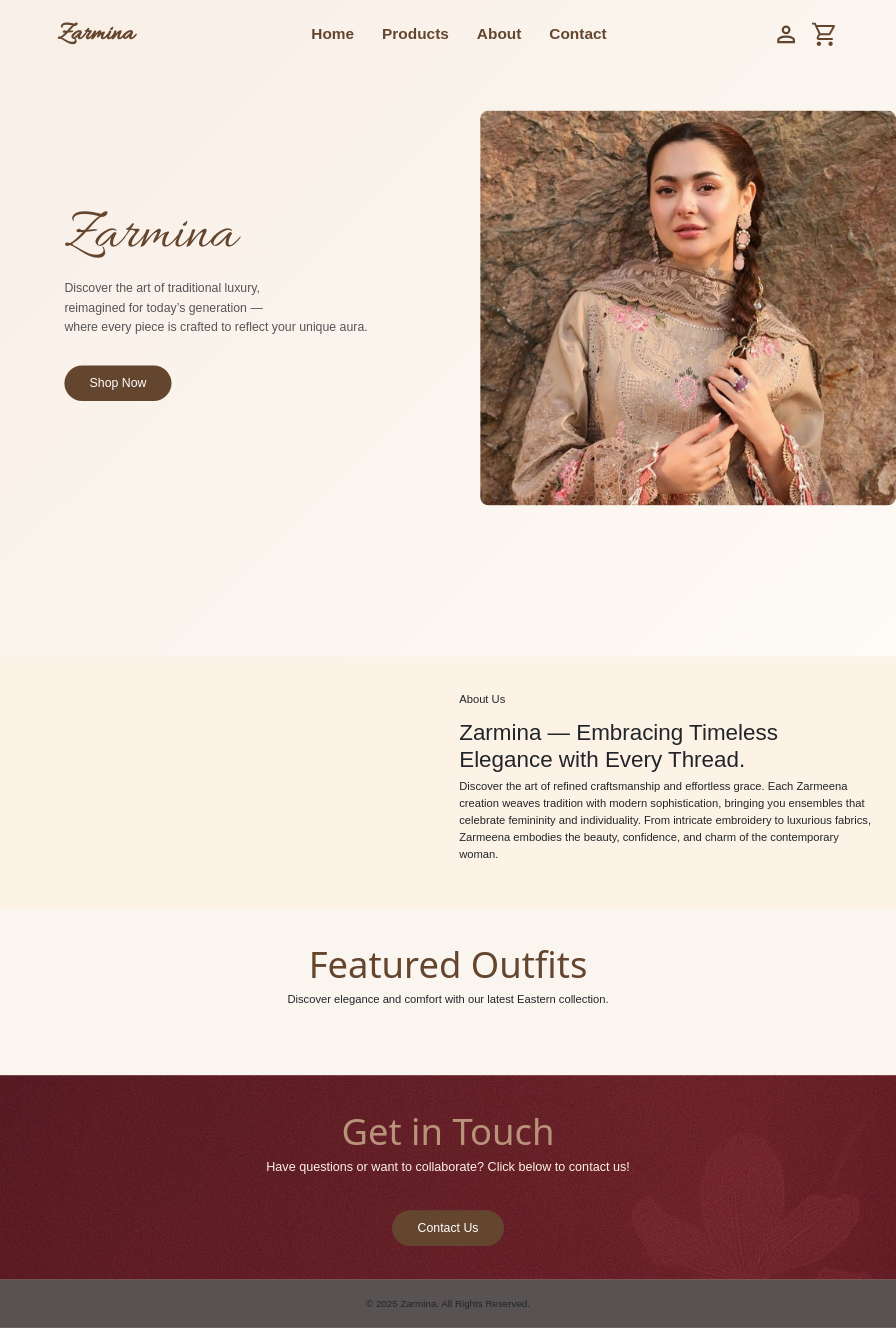
Repository: ayeshatehreem77/Clothing-store
Page: / (app in perfumes-app/)
An editor plug-in stored every save of this project. The page is shown before and after the next save, followed by the edit.
The browser window is 1280 px wide. The pictures show the whole page, at 70% of full size.
Pictures or frames that could not be fetched are drawn as grey boxes. The page's requests for data from a server got no answer. Some web fonts or font styles are not loaded; a fallback is used. The project was rebuilt for these pictures with package versions that can differ from the ones it lists, and the page was loaded fresh each time. No one was signed in, and anything a server would have sent is missing. Also part of the build but not shown: perfumes-app/src/components/Alert.js, perfumes-app/src/components/Reviews.js, perfumes-app/src/components/FeedbackForm.js.

Above is the page before, as saved 2025-10-31 20:10:19.

### perfumes-app/public/index.html
<!DOCTYPE html>
<html lang="en">

<head>
  <meta charset="utf-8" />
  <link rel="icon" href="%PUBLIC_URL%/favicon.ico" />
  <meta name="viewport" content="width=device-width, initial-scale=1" />
  <meta name="theme-color" content="#000000" />
  <meta name="description" content="Web site created using create-react-app" />
  <link rel="apple-touch-icon" href="%PUBLIC_URL%/logo192.png" />
  <!--
      manifest.json provides metadata used when your web app is installed on a
      user's mobile device or desktop. See https://developers.google.com/web/fundamentals/web-app-manifest/
    -->
  <link rel="manifest" href="%PUBLIC_URL%/manifest.json" />

  <title>Zarmina</title>

  <link rel="preconnect" href="https://fonts.googleapis.com">
  <link rel="preconnect" href="https://fonts.gstatic.com" crossorigin>
  <link
    href="https://fonts.googleapis.com/css2?family=Allura&family=Libertinus+Serif+Display&family=Lilita+One&display=swap"
    rel="stylesheet">

</head>

<body>
  <noscript>You need to enable JavaScript to run this app.</noscript>
  <div id="root"></div>
  <!--
      This HTML file is a template.
      If you open it directly in the browser, you will see an empty page.

      You can add webfonts, meta tags, or analytics to this file.
      The build step will place the bundled scripts into the <body> tag.

      To begin the development, run `npm start` or `yarn start`.
      To create a production bundle, use `npm run build` or `yarn build`.
    -->
</body>

</html>

### perfumes-app/src/index.js
import React from 'react';
import ReactDOM from 'react-dom/client';
import './index.css';
import 'bootstrap/dist/css/bootstrap.min.css';
import 'bootstrap/dist/js/bootstrap.bundle.min.js';
import App from './App';
import reportWebVitals from './reportWebVitals';
import { AuthProvider } from './context/AuthContext';

const root = ReactDOM.createRoot(document.getElementById('root'));
root.render(
  <React.StrictMode>
    <AuthProvider>
    <App />
    </AuthProvider>
  </React.StrictMode>
);

// If you want to start measuring performance in your app, pass a function
// to log results (for example: reportWebVitals(console.log))
// or send to an analytics endpoint. Learn more: https://bit.ly/CRA-vitals
reportWebVitals();

### perfumes-app/src/context/AuthContext.js
// src/context/AuthContext.js
import React, { createContext, useState, useEffect } from "react";
import axios from "axios";

export const AuthContext = createContext();

export const AuthProvider = ({ children }) => {
  const [user, setUser] = useState(null);

  // ✅ Fetch user details from backend using token
  const fetchUser = async () => {
    const token = localStorage.getItem("token");
    if (!token) return;

    try {
      const res = await axios.get("http://localhost:4000/auth/user", {
        headers: { Authorization: `Bearer ${token}` },
      });
      setUser(res.data); // { userId, email, role }
    } catch (err) {
      console.error("Failed to fetch user:", err);
      localStorage.removeItem("token");
      setUser(null);
    }
  };

  // ✅ Auto-fetch user on first render (if token exists)
  useEffect(() => {
    fetchUser();
  }, []);

  // ✅ Handle login
  const login = async (email, password) => {
    try {
      const res = await axios.post("http://localhost:4000/auth/login", {
        email,
        password,
      });

      // backend returns { authToken: "..." }
      const token = res.data.authToken;
      if (!token) throw new Error("No token returned");

      localStorage.setItem("token", token);
      await fetchUser(); // instantly update user

      return true; // success
    } catch (err) {
      console.error("Login error:", err.response?.data || err.message);
      throw err.response?.data?.message || "Login failed";
    }
  };

  // ✅ Handle logout
  const logout = () => {
    localStorage.removeItem("token");
    setUser(null);
  };

  return (
    <AuthContext.Provider value={{ user, login, logout, fetchUser }}>
      {children}
    </AuthContext.Provider>
  );
};

### perfumes-app/src/App.css
body {
  font-family: 'Poppins', sans-serif;
  background-color: #FBF5EF;
}

html {
  scroll-behavior: smooth;
}


.veloura-logo {
  font-family: "Allura", cursive;
  font-weight: 400;
  font-style: normal;
  font-size: 37px;
  color: #64462F !important;
}

.navbar {
  background: transparent !important;
}

button.navbar-toggler {
  border: none !important;
}

.navbar-toggler-icon {
  background-image: url("data:[embedded picture, 222 characters]");
}



.nav-link {
  color: #64462F !important;
  font-size: 22px;
  font-weight: 600;
}

.hero-section {
  background: linear-gradient(135deg, #f8efe6, #fefaf6);

  min-height: 100vh;
  display: flex;
  flex-direction: column;
  font-family: "Poppins", sans-serif;
}

/* =============== HERO LAYOUT =============== */
.hero-layout {
  display: flex;
  justify-content: center;
  align-items: flex-start;
  width: 100%;
  max-width: 1400px;
  height: 100vh;
  margin: 60px 0;

}

/* ---------- Left Section ---------- */
.hero-left {
  flex: 1 1;
  position: relative;
  margin: 133px 0px 0 92px;
}

.main-image {
  width: 100%;
  height: 564px;
  border-radius: 12px;
  overflow: hidden;
  /* ✅ ensures image stays inside box */
  position: relative;
  background-color: #93c5fd;
}

/* Make image fill box properly */
.main-image img {
  width: 100%;
  height: 100%;
  object-fit: cover;
  /* ✅ maintains aspect ratio without stretching */
  object-position: center;
  display: block;
}


.side-handle {
  position: absolute;
  left: -50px;
  bottom: 50%;
  transform: rotate(-90deg);
  font-size: 14px;
  color: #555;
  letter-spacing: 2px;
}

/* ---------- Right Section ---------- */
.hero-right {
  flex: 1;
  display: flex;
  flex-direction: column;
  justify-content: space-between;
  gap: 2rem;
}

/* Text Area */
.hero-text h2 {
  font-size: 1.6rem;
  color: #6c6c6c;
  margin-bottom: 5px;
  letter-spacing: 2px;
}

.hero-text h1 {
  font-family: "Allura", cursive;
  font-weight: 400;
  font-style: normal;
  font-size: 5.2rem;
  color: #64462F;
  line-height: 1.1;
}

.hero-text p {
  font-size: 1.1rem;
  color: #555;
  margin-top: 15px;
  line-height: 1.6;
}

.shop-btn {
  background-color: #64462F;
  color: white;
  border: none;
  padding: 12px 36px;
  border-radius: 40px;
  font-size: 1.1rem;
  margin-top: 25px;
  cursor: pointer;
  transition: background-color 0.3s ease;
}

.shop-btn:hover {
  background-color: #a3846d;
}

/* Small Image Grid */
.image-grid {
  display: grid;
  grid-template-columns: repeat(2, 1fr);
  gap: 20px;
}

.small-box {
  height: 200px;
  background-color: #93c5fd;
  border-radius: 12px;
}

/* =============== RESPONSIVE DESIGN =============== */
@media (max-width: 992px) {
  .hero-layout {
    flex-direction: column;
    text-align: center;
  }

  .side-handle {
    display: none;
  }

  .hero-text h1 {
    font-size: 3rem;
  }

  .main-image {
    height: 400px;
  }
}


.products-section h2 {
  font-family: "Libertinus Serif Display", system-ui;
  font-weight: 400;
  font-style: normal;
  font-size: 52px;
  color: #64462F;
}

.product-card {
  transition: all 0.3s ease-in-out;
  border-radius: 10px;
  background: transparent;
}

.card-img {
  border-radius: 10px;
  /* background: #FCF2E6; */
  background: #64462F;
}

.product-card:hover {
  transform: translateY(-5px);
}

.card-text,
.card-title {
  font-size: 23px;
  color: #64462F;
}

/* about us */

.aboutus {
  display: grid;
  grid-template-columns: 1fr 1fr;
  gap: 2rem;
  align-items: center;
  padding: 2rem;
  background: #FCF2E6;
}

.right-section video {
  width: 70%;
  max-height: 80vh;
  height: 100%;
  object-fit: cover;
  display: block;
}

/* product details */


.modal-header p {
  font-size: 14px;
  color: #451b277a;
}

.product-img {
  width: 100%;
  border-radius: 10px;
}

.product-title {
  font-family: "Libertinus Serif Display", system-ui;
  font-weight: 400;
  font-style: normal;
  font-size: 36px;
  color: #64462F;
}



.modal-content {
  background: #FCF2E6 !important;
  margin: auto !important;
  height: auto;
  overflow: hidden;
}

.breadcrumb-item a {
  text-decoration: none !important;
  color: black !important;
}

.modal-dialog {
  max-width: 900px;
  display: flex;
  align-items: center;
  justify-content: center;
  min-height: calc(100vh - 2rem);
  /* keeps it centered */
}

/* Optional - pretty scrollbar inside modal */
.modal-content::-webkit-scrollbar {
  width: 8px;
}

.modal-content::-webkit-scrollbar-thumb {
  background: #d4b191;
  border-radius: 10px;
}

.modal-content::-webkit-scrollbar-thumb:hover {
  background: #b8937a;
}

.modal-body {
  padding: 2rem !important;
}

.gender,
.concentration {
  background-color: #D4B191;
  border-radius: 21%;
  padding: 6px 11px;
  margin-bottom: 5px;
}

.add-cart-btn {
  margin-top: 1rem;
  background-color: #D4B191;
  padding: 10px 25px;
  color: #451B27;
  font-weight: 600;
}

.product-detail {
  margin-top: 0;
  margin-bottom: 1rem;
  font-size: 13px;
  color: #8b745e;
}

.btn-close:focus {
  box-shadow: none !important;
  outline: none !important;
}

/* contact us */

.contact-us {
  background-image: url("Assets/contactus2-bg.png");
  background-position: center;
  background-repeat: no-repeat;
  background-size: cover;
}

.contact-section h2 {
  font-family: "Libertinus Serif Display", system-ui;
  font-weight: 400;
  font-style: normal;
  font-size: 52px;
  color: #b8937a;
  text-align: center;
}

.contact-section p {
  font-size: 18px;
  color: #FCF2E6;
  /* accent purple */
  margin-bottom: 3rem;
  text-align: center;
}

.contact-form {
  max-width: 600px;
  margin: 0 auto;
  display: grid;
  gap: 1.5rem;
}

.contact-form input,
.contact-form textarea {
  padding: 1rem 1.2rem;
  border: 2px solid #D4B191;
  /* brand pink/gold */
  border-radius: 10px;
  font-size: 16px;
  width: 100%;
  outline: none;
  transition: border 0.3s, box-shadow 0.3s;
}

.contact-form input:focus,
.contact-form textarea:focus {
  border-color: #5E1E27;
  /* pink highlight */
  box-shadow: 0 0 10px rgba(252, 65, 90, 0.2);
}

.contact-form button {
  background-color: #D4B191;
  color: #451B27;
  padding: 1rem 2.5rem;
  font-size: 18px;
  font-weight: 600;
  border: none;
  border-radius: 10px;
  cursor: pointer;
  transition: transform 0.3s, background 0.3s;
}

.rev-name {
  margin: auto;
  background-color: transparent;
  width: 100%;
}

.contact-form button:hover {
  background-color: #5E1E27;
  color: #fff;
  transform: scale(1.05);
}

/* Responsive */
@media (max-width: 768px) {
  .contact-form {
    gap: 1rem;
  }

  .contact-section h2 {
    font-size: 36px;
  }

  .contact-section p {
    font-size: 16px;
  }
}

/* Copyright */

footer {
  position: relative;
  bottom: 0;
  width: 100%;
  background-color: #0b0708ac;
}

/* login modal */

.auth-modal-content {
  background-color: #fdf7f2 !important;
  border-radius: 16px;
  border: none;
  box-shadow: 0 4px 20px rgba(0, 0, 0, 0.1);
  height: 90vh !important;
  width: 70%;
}

.auth-title {
  color: #4c0d23;
  font-weight: 700;
}

.auth-login-btn {
  background-color: #4c0d23;
  color: #fff;
  border-radius: 12px;
  transition: background-color 0.3s ease;
}

.auth-login-btn:hover {
  background-color: #300818;
}

.auth-signup-btn {
  border: 2px solid #b8860b;
  color: #b8860b;
  border-radius: 12px;
  background-color: transparent;
  transition: all 0.3s ease;
}

.auth-signup-btn:hover {
  background-color: #b8860b;
  color: #fff;
}

.auth-forgot-link {
  color: #4c0d23;
  text-decoration: none;
  font-weight: 500;
}

.auth-forgot-link:hover {
  text-decoration: underline;
}

.authfade-enter {
  opacity: 0;
  transform: translateY(10px);
}

.authfade-enter-active {
  opacity: 1;
  transform: translateY(0);
  transition: opacity 300ms ease, transform 300ms ease;
}

.authfade-exit {
  opacity: 1;
  transform: translateY(0);
}

.authfade-exit-active {
  opacity: 0;
  transform: translateY(-10px);
  transition: opacity 300ms ease, transform 300ms ease;
}

### perfumes-app/src/components/Aboutus.js
import React, { useEffect, useRef } from 'react';

function Aboutus() {
  const videoRef = useRef(null);

  useEffect(() => {
    if (videoRef.current) {
      const playPromise = videoRef.current.play();
      if (playPromise !== undefined) {
        playPromise.catch((error) => {
          console.log("Autoplay prevented:", error);
        });
      }
    }
  }, []);

  return (
    <div id='about' className="aboutus" style={{  }}>
      <div className="right-section">
        <video
          ref={videoRef}
          autoPlay
          muted
          loop
          playsInline
          style={{ width: "100%", height: "auto", borderRadius: "12px", objectFit: "cover" }}
        >
          <source src="/assets/aboutusvideo.mp4" type="video/mp4" />
          Your browser does not support the video tag.
        </video>
      </div>
      <div className="left-section">
        <p>About Us</p>
        <h2>
         Zarmina — Embracing Timeless Elegance with Every Thread.
        </h2>
        <p>Discover the art of refined craftsmanship and effortless grace. Each Zarmeena creation weaves tradition with modern sophistication, bringing you ensembles that celebrate femininity and individuality. From intricate embroidery to luxurious fabrics, Zarmeena embodies the beauty, confidence, and charm of the contemporary woman.</p>
      </div>
    </div>
  );
}

export default Aboutus;

### perfumes-app/src/components/ContactForm.js
import React from 'react'

function ContactForm() {
  return (
    <div className='contact-us align-center text-center'>
        <div className='contact-section pt-5'>
      <h2>
        Get in Touch
      </h2>
      <p>
        Have questions or want to collaborate? Click below to contact us!
      </p>
        </div>
      <button
        type="button"
        className="btn btn-lg mb-5 mt-0 shop-btn"
        data-bs-toggle="modal"
        data-bs-target="#contactModal"
      >
        Contact Us
      </button>
    </div>
  )
}

export default ContactForm

### perfumes-app/src/components/Footer.js
import React from "react";

function Footer() {
  const year = new Date().getFullYear();

  return (
    <footer
      className="text-center py-4"
    >
      <p style={{ margin: 0, fontSize: "14px" }}>
        &copy; {year} Zarmina. All Rights Reserved.
      </p>
    </footer>
  );
}

export default Footer;

### perfumes-app/src/components/Hero.js
import React from "react";
import Navbar from "./Navbar";

function Hero() {
  return (
    <div className="hero-section">
      <Navbar />

      <div className="hero-layout">
        {/* Left Main Image Box */}
        <div className="hero-left">
          <div className="hero-text">
            <h1>Zarmina</h1>
            <p>
              Discover the art of traditional luxury, <br/> reimagined for today’s generation — <br/> where every piece is crafted to reflect your unique aura.
            </p>
            <button className="shop-btn">Shop Now</button>
          </div>
        </div>

        {/* Right Side Content */}
        <div className="hero-right">
          <div className="main-image">
            <img src="assets/hero-img1.jpg" alt="" />
          </div>
        </div>
      </div>
    </div>
  );
}

export default Hero;

### perfumes-app/src/components/Products.js
import React, { useEffect, useState } from "react";

function Products({ setSelectedProduct }) {
  const [products, setProducts] = useState([]);
  const [loading, setLoading] = useState(true);

  useEffect(() => {
    const fetchProducts = async () => {
      try {
        const res = await fetch("http://localhost:4000/products");
        const data = await res.json();

        console.log("Fetched products:", data); // 👀 check console to confirm shape
        // Adjust depending on your backend response
        setProducts(data.data || data);
      } catch (error) {
        console.error("Failed to fetch products:", error);
      } finally {
        setLoading(false);
      }
    };

    fetchProducts();
  }, []);

  if (loading) return <p className="text-center">Loading products...</p>;

  return (
    <div id="products" className="products-section py-5">
      <div className="container w-75">
        <div className="product-text text-center mb-5">
          <h2>Featured Outfits</h2>
          <p className="mx-5 mb-5">
            Discover elegance and comfort with our latest Eastern collection.
          </p>
        </div>

        <div className="row">
          {products.map((product) => (
            <div className="col-md-4 mb-4" key={product._id}>
              <div
                className="card border-0 product-card h-100"
                data-bs-toggle="modal"
                data-bs-target="#productsDetails"
                onClick={() => setSelectedProduct(product)}
              >
                <img
                   src={`http://localhost:4000${product.images?.[0]}`}
                  className="card-img card-img-top"
                  alt={product.name}
                />
                <div className="card-body text-center">
                  <h5 className="card-title">{product.name}</h5>
                  <p className="card-text text-muted">Rs. {product.price}</p>
                </div>
              </div>
            </div>
          ))}
        </div>
      </div>
    </div>
  );
}

export default Products;

### perfumes-app/src/components/Navbar.js
import React, { useContext } from "react";
import { AuthContext } from "../context/AuthContext";

function Navbar() {
  const { user, logout } = useContext(AuthContext);

  return (
    <nav className="navbar navbar-expand-lg py-3">
      <div className="container d-flex justify-content-between align-items-center">
        <a className="navbar-brand fw-bold veloura-logo" href="/">
          Zarmina
        </a>

        <ul className="navbar-nav mx-auto d-lg-flex flex-row gap-4">
          <li className="nav-item"><a className="nav-link" href="/">Home</a></li>
          <li className="nav-item"><a className="nav-link" href="#products">Products</a></li>
          <li className="nav-item"><a className="nav-link" href="#about">About</a></li>
          <li className="nav-item">
            <a className="nav-link" href="/" data-bs-toggle="modal" data-bs-target="#contactModal">Contact</a>
          </li>
        </ul>

        <div className="d-none d-lg-flex align-items-center gap-3">
            <a
              className="nav-link p-0"
              href="#"
              data-bs-toggle="modal"
              data-bs-target="#authModal"
            >
              <svg xmlns="http://www.w3.org/2000/svg" height="38px" viewBox="0 -960 960 960" width="38px" fill="#64462F"><path d="M480-480q-66 0-113-47t-47-113q0-66 47-113t113-47q66 0 113 47t47 113q0 66-47 113t-113 47ZM160-160v-112q0-34 17.5-62.5T224-378q62-31 126-46.5T480-440q66 0 130 15.5T736-378q29 15 46.5 43.5T800-272v112H160Zm80-80h480v-32q0-11-5.5-20T700-306q-54-27-109-40.5T480-360q-56 0-111 13.5T260-306q-9 5-14.5 14t-5.5 20v32Zm240-320q33 0 56.5-23.5T560-640q0-33-23.5-56.5T480-720q-33 0-56.5 23.5T400-640q0 33 23.5 56.5T480-560Zm0-80Zm0 400Z" /></svg>
            </a>

          <a
            href="#"
            className="nav-link"
            data-bs-toggle="modal"
            data-bs-target="#cartModal"
          >
            <svg xmlns="http://www.w3.org/2000/svg" height="40px" viewBox="0 -960 960 960" width="40px" fill="#64462F"><path d="M284.53-80.67q-30.86 0-52.7-21.97Q210-124.62 210-155.47q0-30.86 21.98-52.7Q253.95-230 284.81-230t52.69 21.98q21.83 21.97 21.83 52.83t-21.97 52.69q-21.98 21.83-52.83 21.83Zm400 0q-30.86 0-52.7-21.97Q610-124.62 610-155.47q0-30.86 21.98-52.7Q653.95-230 684.81-230t52.69 21.98q21.83 21.97 21.83 52.83t-21.97 52.69q-21.98 21.83-52.83 21.83ZM238.67-734 344-515.33h285.33l120-218.67H238.67ZM206-800.67h589.38q22.98 0 34.97 20.84 11.98 20.83.32 41.83L693.33-490.67q-11 19.34-28.87 30.67-17.87 11.33-39.13 11.33H324l-52 96h487.33V-286H278q-43 0-63-31.83-20-31.84-.33-68.17l60.66-111.33-149.33-316H47.33V-880h121.34L206-800.67Zm138 285.34h285.33H344Z"/></svg>
          </a>
        </div>
      </div>
    </nav>
  );
}

export default Navbar;

Loaded but not shown: perfumes-app/src/index.css (common file); perfumes-app/src/reportWebVitals.js (common file); perfumes-app/src/components/Login.js (294 lines, source omitted); perfumes-app/src/components/ProductsDetails.js (173 lines, source omitted); perfumes-app/src/components/AddToCart.js (158 lines, source omitted); perfumes-app/src/components/ContactModal.js (121 lines, source omitted); perfumes-app/src/App.js (116 lines, source omitted)

After the next save:
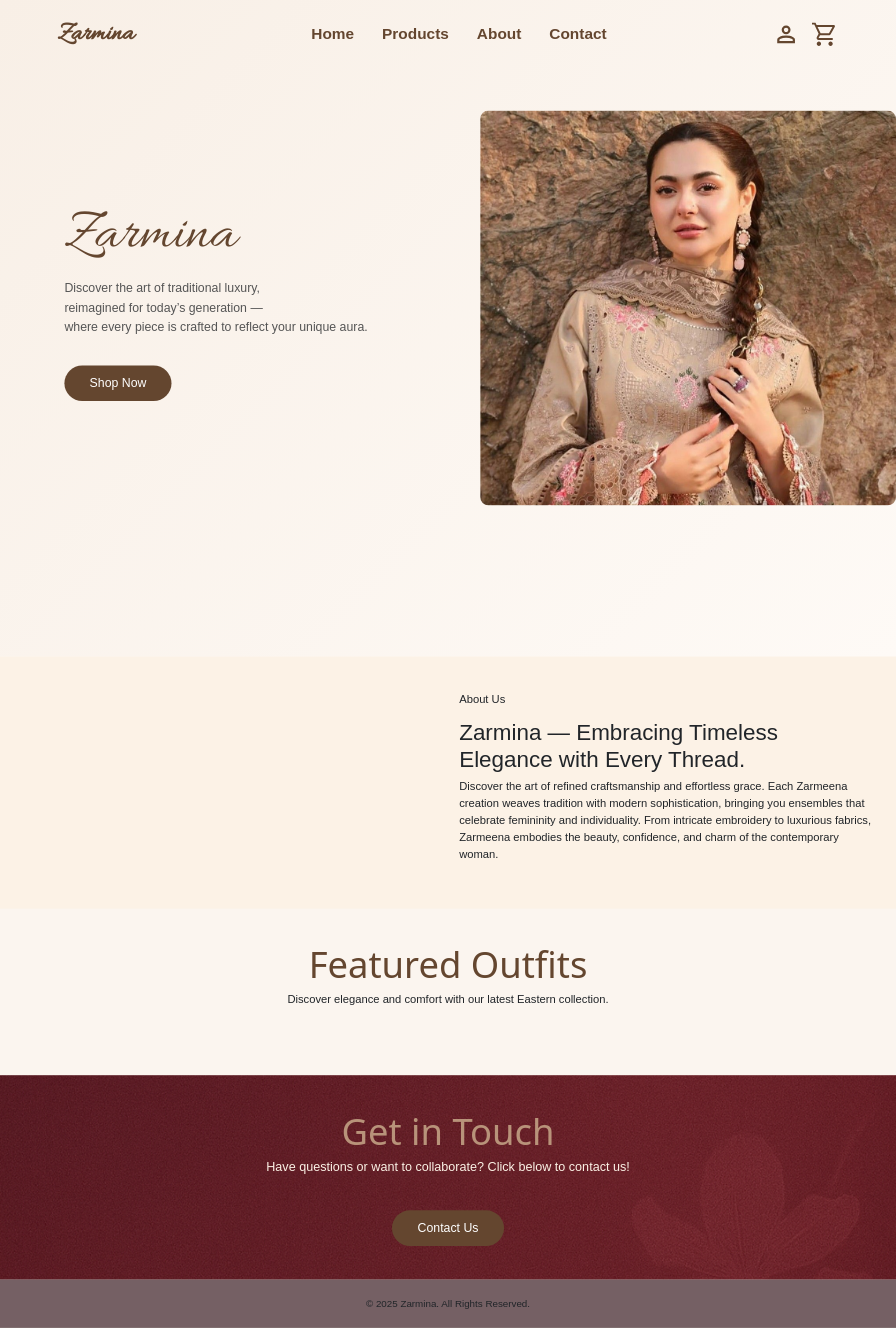
Saved 4 min 10 s later.
--- a/perfumes-app/src/App.css
+++ b/perfumes-app/src/App.css
@@ -410,12 +410,14 @@ button.navbar-toggler {
 
 /* Copyright */
 
-footer {
-  position: relative;
-  bottom: 0;
-  width: 100%;
-  background-color: #0b0708ac;
-}
+
+ footer {
+    position: relative;
+    bottom: 0;
+    width: 100%;
+    background-color: #4c3239c2;
+}
+
 
 /* login modal */
 
